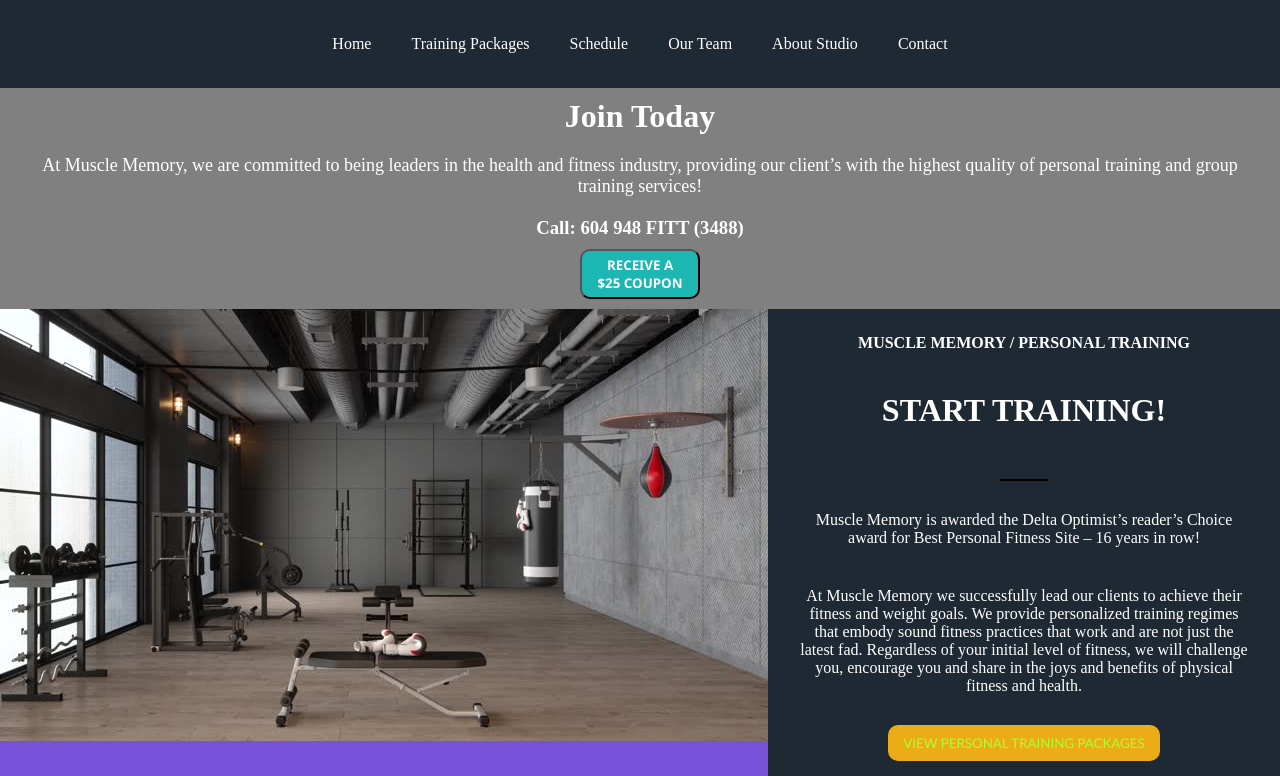
Repository: MujtabaHabib/muscle-memory-website
Page: index.html
These files come from the project's save history. The page is drawn as it stood at one moment and after a run of saves; the edit follows.
The browser window is 1280 px wide. The pictures show the whole page.
The pointer rests on the first visible `.message button`.

Above is the page before, as saved 2026-01-27 05:13:42.

### index.html
<!DOCTYPE html>
<html lang="en">

<head>
    <meta charset="UTF-8">
    <meta name="viewport" content="width=device-width, initial-scale=1.0">
    <title>Muscle Memory</title>
    <link rel="stylesheet" href="style.css">
</head>

<body>
    <div class="container">
        <nav>
            <ul class="list">
                <li><a href="#">Home</a></li>
                <li><a href="#">Training Packages</a></li>
                <li><a href="#">Schedule</a></li>
                <li><a href="#">Our Team</a></li>
                <li><a href="#">About Studio</a></li>
                <li><a href="#">Contact</a></li>
            </ul>
        </nav>
        <div class="details">
            <h1>Join Today</h1>
            <p>At Muscle Memory, we are committed to being leaders in the health and fitness industry,
                providing our client’s with the highest quality of personal training and group training
                services!</p>

            <h3>Call: 604 948 FITT (3488)</h3>
            <button>RECEIVE A $25 COUPON</button>
        </div>
        <div class="box">
            <div class="gym">
                <img src="gym.jpg" alt="gym">
            </div>
            <div class="message">
                <h4>MUSCLE MEMORY / PERSONAL TRAINING</h4>
                <h1 >START TRAINING!</h1>
                <hr>
                <p>Muscle Memory is awarded the Delta Optimist’s
                    reader’s Choice award for Best Personal
                    Fitness Site – 16 years in row!</p>
                <p>At Muscle Memory we successfully lead our clients to achieve their fitness and weight goals. We
                    provide personalized training regimes that embody sound fitness practices that work and are not just
                    the latest fad. Regardless of your initial level of fitness, we will challenge you, encourage you
                    and share in the joys and benefits of physical fitness and health.</p>
                <button>VIEW PERSONAL TRAINING PACKAGES</button>
            </div>
        </div>
    </div>

</body>

</html>

### style.css
* {
    margin: 0;
    padding: 0;
}

.list {
    display: flex;
    padding: 15px;
    justify-content: center;
    align-items: center;
    background-color: #1f2933;
}

.list a {
    text-decoration: none;
    color: white;
}

.list li {
    padding: 20px;
    list-style-type: none;
}

.details {
    text-align: center;
    background-color: gray;
    color: white;
}

.details button {
    height: 50px;
    width: 120px;
}

.details h1,
.details h3,
.details p,
.details button {
    padding: 10px 15px 10px;

}

.details p {
    font-size: 18px;
    justify-content: center;
}
.details button{
    padding-top: 5px;
    font-family: 'Segoe UI', Tahoma, Geneva, Verdana, sans-serif;
    margin-bottom: 10px;
    background-color:rgb(28, 182, 179);
    border-radius: 10px;
    color:white;
    font-weight:bold ;
    border-color: black;
}
hr {
    border: none;
    border-top: 2px solid #000000;
    width: 10%;
    margin: 20px auto;
    align-items: flex-start;
}

.box {
    display: flex;
    align-items: space-between;
    color: white;
    background-color: #6b44d6eb;
}

.message {

    padding: 15px;
    justify-content: center;
    text-align: center;
    background-color: #1f2933;

}

.message h1,
.message h4,
.message p {

    padding: 10px 15px 30px;
}

.message button{
    padding: 10px 15px 10px;
    background-color: rgb(236, 172, 24);
    font-family:'Gill Sans', 'Gill Sans MT', Calibri, 'Trebuchet MS', sans-serif;
    border-radius: 10px;
    border: #1f2933;

}

.message button:hover{
    color:greenyellow
}

After the next 3 saves:
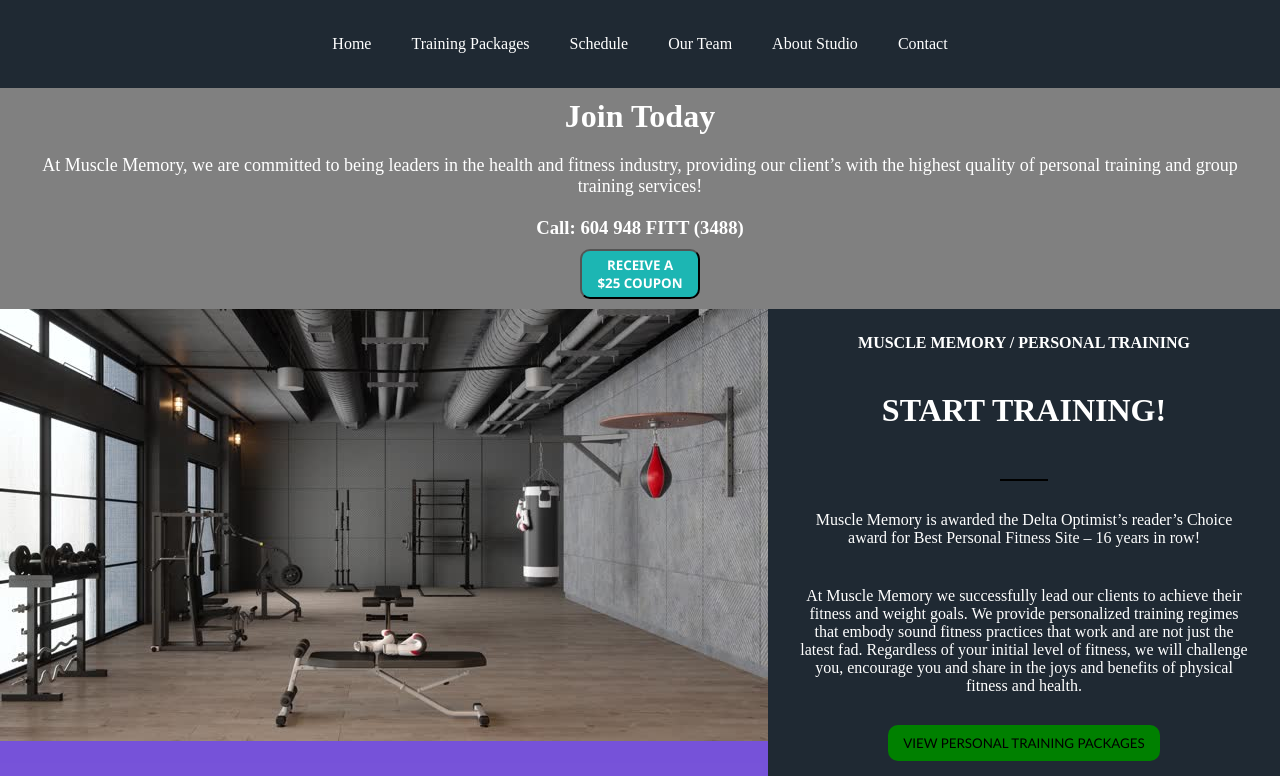
The 3 saves are shown as one change because they came seconds apart.
The last was saved 24 s later.
--- a/style.css
+++ b/style.css
@@ -95,5 +95,5 @@
 }
 
 .message button:hover{
-    color:greenyellow
+    background-color: green;
 }
